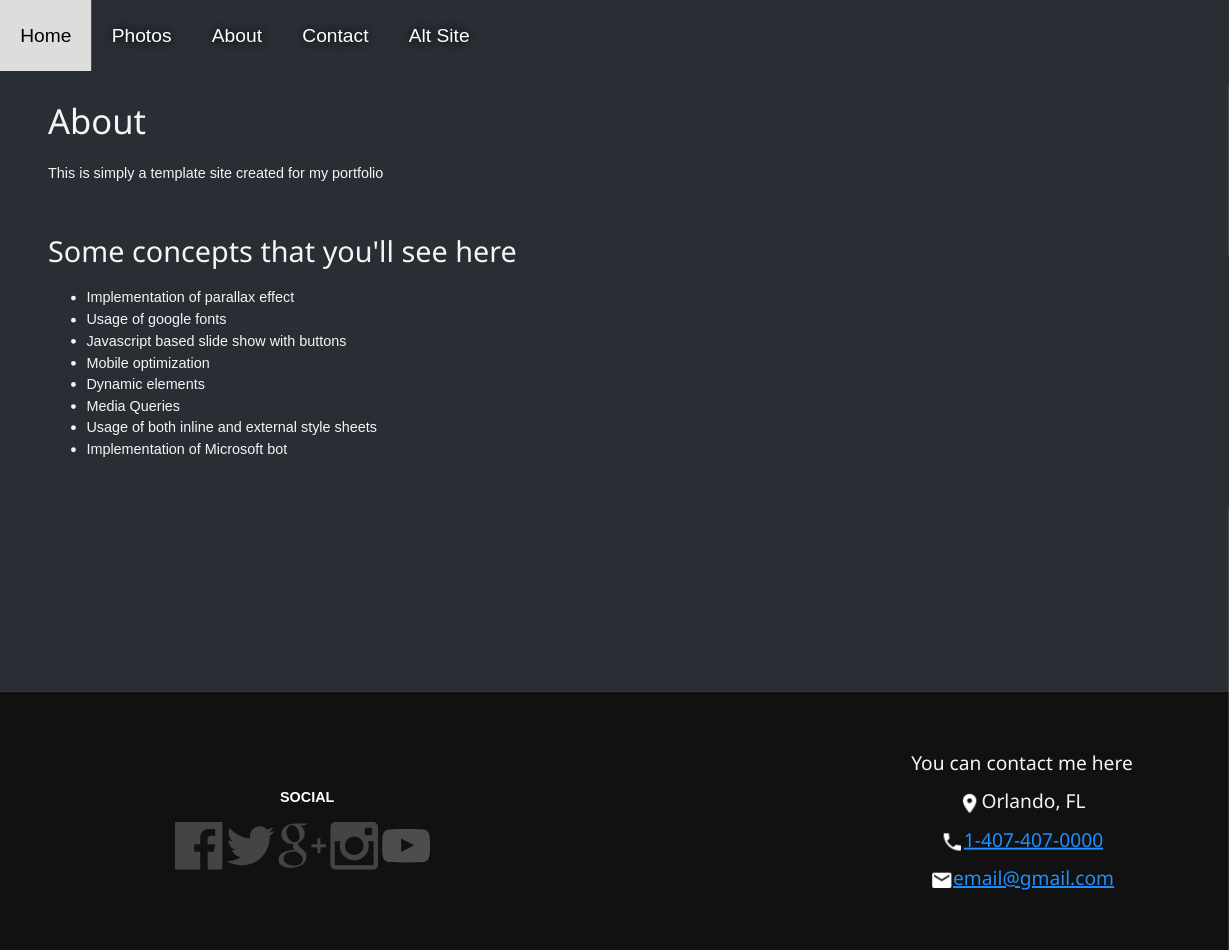
Repository: Jasondhillon/jasondhillon.github.io
Page: about/index.html
These files come from the project's save history. The page is drawn as it stood at one moment and after the next save; the edit follows.
The browser window is 1280 px wide. The pictures show the whole page, at 96% of full size.

Above is the page before, as saved 2020-04-07 21:26:49.

### about/index.html
<!DOCTYPE html>
<html>
<head>
  <title>Welcome</title>
  <meta name="viewport" content="width=device-width, initial-scale=1">
  <META NAME="robots" CONTENT="noindex,nofollow">
  <link rel="stylesheet" href="https://www.w3schools.com/w3css/4/w3.css">
  <link href="https://fonts.googleapis.com/css?family=Lato" rel="stylesheet">
  <link rel="stylesheet" href="../css/stylesheet.css">
</head>

<body>
<!-- NavBar -->
    <nav class="topnav" style="background-color: #282E34" id="myTopnav">
        <a href="../index.html">Home</a>
        <a href="../photos/index.html">Photos</a>
        <a href="../about/index.html">About</a>
        <a href="../contact/index.html">Contact</a>
        <a href="../alt/index.html">Alt Site</a>
        <a href="javascript:void(0);" style="font-size:15px;" class="icon" onclick="myFunction();">&#9776;</a>
    </nav>
    <script>
            function myFunction() {
                var x = document.getElementById("myTopnav");
                var y = document.getElementById("About_header");
                if (x.className === "topnav") {
                x.className += " responsive";
                y.style.top = "400px";
                } else {
                x.className = "topnav";
                y.style.top = "100px";
                }
            }
        </script>


<!-- Content -->
  <div style="height:100%; width:100%; background-color:#282E34;">
      <div style="height:90px; width:100%; background-color:#282E34;"></div>
    <div style="padding-left:50px;">
      <h1 id="About_header">About</h1>
    </div>
    <div style="padding-left:50px;">
      <p>This is simply a template site created for my portfolio</p>
      <br>
      <h2>Some concepts that you'll see here</h2>
      <ul>
        <li>Implementation of parallax effect</li>
        <li>Usage of google fonts</li>
        <li>Javascript based slide show with buttons</li>
        <li>Mobile optimization</li>
        <li>Dynamic elements</li>
        <li>Media Queries</li>
        <li>Usage of both inline and external style sheets</li>
        <li>Implementation of Microsoft bot</li>
      </ul>
    </div>
  </div>
<!-- Footer -->
  <footer class="footer">
    <table class="footer" cellspacing="0" cellpadding="0">

      <tr>
        <td>
          <p class="footer">SOCIAL</p>
          <ul class="footer">
            <li class="footer"><a  class="footer" href="https://www.facebook.com/"> <img src="../img/facebook.svg" alt="" width="50px" height="50px"></li>
            <li class="footer"><a  class="footer" href="https://twitter.com/"> <img src="../img/twitter.svg" alt="" width="50px" height="50px"></li>
            <li class="footer"><a class="footer" href="https://plus.google.com/+"> <img src="../img/googleplus.svg" alt="" width="50px" height="50px"></li>
            <li class="footer"><a class="footer" href="https://www.instagram.com//"> <img src="../img/instagram.svg" alt="" width="50px" height="50px"></li>
            <li class="footer"><a class="footer" href="https://www.youtube.com/"> <img src="../img/youtube.svg" alt="" width="50px" height="50px"></li>
          </ul>
        </td>

        <!--Desktop-->
        <td id="desktop">
            <h4>You can contact me here</h4>
            <h4><img id="icon" src="../img/location2.png">Orlando, FL</h4>
            <h4><img id="icon" src="../img/phone2.png"><a style="color:dodgerblue" href="tel:">1-407-407-0000</h4></a></li>
            <h4><img id="icon" src="../img/mail2.png"><a style="color:dodgerblue" href="mailto:">email@gmail.com</a></h4>
        </td>
      </tr>

      <!--Mobile-->
      <tr>
        <td id="mobile">
          <ul style="margin: 0 auto; width: 100%; padding: 20px;">
            <li class="footer" style="width:100%"><h4>You can contact me here</h4></li>
            <li class="footer" style="width:100%"><h4><img id="icon" src="../img/location2.png">Orlando, FL</h4></li>
            <li class="footer" style="width:100%"><h4><img id="icon" src="../img/phone2.png"><a style="color:dodgerblue" href="tel:">1-407-407-0000</h4></a></li>
            <li class="footer" style="width:100%"><h4><img id="icon" src="../img/mail2.png"><a style="color:dodgerblue" href="mailto:">email@gmail.com</a></h4></li>
          </ul>
        </td>
      </tr>
    </table>

  </footer>
</body>
</html>

### css/stylesheet.css
html, body{width:100%; height: 100%; font-family: 'Ubuntu', sans-serif; color: whitesmoke;}
a{text-decoration: underline;}
.mySlides {display:block; position: absolute;}
.w3-left, .w3-right, .w3-badge {cursor:pointer}
.w3-badge {height:13px; width:13px; padding:0}

/*Parallax*/
    .parallax{
        height:110%;
        background-attachment: fixed;
        background-position: center;
        background-repeat: no-repeat;
        background-size: cover;
        z-index: -5;
    }

 /*Moon Text*/
    #moontext {
        position: absolute;
        top:200px;
        text-transform:uppercase;
        background-color:#282E34;
        width:100%;
        letter-spacing: 5px;
        padding: 20px;
    }

    #quote{
        text-align: center;
        width:40%; white-space:pre-line;
        margin: 0 auto;
        font-size: 20px;
        color: #777
    }

/*Navbar*/
    .topnav {
        position: absolute;
        overflow: hidden;
        }

        .topnav a {
        float: left;
        display: block;
        color: white;
        text-align: center;
        padding: 22px 21px;
        text-decoration: none;
        text-shadow: 0px 0px 10px black;
        font-size: 20px;
        }


        .topnav a:hover {
        background-color: #ddd;
        color: black;
        text-shadow: none;
        }

        .topnav .icon {
        display: none;
        color: white;
        }

        #welcome{
            text-align: center;
            position: absolute;
            left:0;
            width:100%;
            top:40%;
        }

	#welcometext{
	    opacity: 1;
	    position: absolute;
	    left: 0;
	    right: 0;
	    text-transform: uppercase;
	    background-color: #282E34;
	    width: 250px;
	    text-align: center;
	    font-size: 20px;
	    letter-spacing: 10px;
	    padding: 20px;
	    margin: 0 auto;
	}

/*Footer*/
    footer{
        width:100%;
        background-color: #111;
        text-align: center;
        padding-bottom: 50px;
    }

    p.footer{
        padding-top: 50px;
        color: white;
        font-weight: bold;
    }

    ul.footer{
        display: inline;
        list-style: none;
        padding-right: 50px;
    }
    a.footer{
        text-decoration: none;
    }
    #mobile{
        display: none;
    }
    li.footer{
	    display: inline-block;
    }
    #desktop{
        padding-right: 100px;
        padding-top:50px;
        float: right;
    }
    table.footer{
        width: 100%; table-layout: fixed
    }

/*SkypeBot iframe*/
iframe{
    background-color: #111 !important;
    width: inherit !important;
    height: 2em;
    margin: 0 !important;
}

/*Mobile Media Query*/
    @media screen and (max-width:770px){
    html{overflow-x: hidden}
    /*Change Parallax to use smaller images*/
    .parallax{background-attachment: scroll;}
    #parallax1{background-image: url(../img/mosaic_small.jpg) !important;}
    #parallax2{background-image: url(../img/moon4_small2.jpg) !important; }
    #parallax3{background-image: url(../img/blur_small.jpg) !important;}

    /*Change Navbar to become hamburger menu*/
    .topnav a:not(:last-child) {
        display: none;
    }

    .topnav{
        min-height:100px;
        position: relative;
    }
    .topnav a.icon {
        position: absolute;
        right: 0;
        display: block;

    }
    .topnav.responsive {
        position: relative;
    }
    .topnav.responsive .icon {
        position: absolute;
        right: 0;
        top: 0;
    }
    .topnav.responsive a {
        float: none;
        display: block;
        text-align: left;
    }

    /*Change the slide show to fit the screen*/
    .mySlides{
        margin-left:-150px;
    }

    /*Change footer to mobile friendly variant*/
    .footer{
        padding: 0;
    }
    ul.footer{
        padding-right:0px;
    }

    td.footer{
        padding-right:0;
    }

    #desktop{
        display:none;
    }
    #mobile{
        display:block;
    }

    table{
        width:100%;
    }

    /*Positioning fixes for mobile*/
    #moontext{
        font-size: 12px;
        top:30px;
    }

    #quote{
        width:100% !important;
    }
}
@media screen and(max-width: 1090px){
    #quote{
        width:100% !important;
    }
}

After the next save:
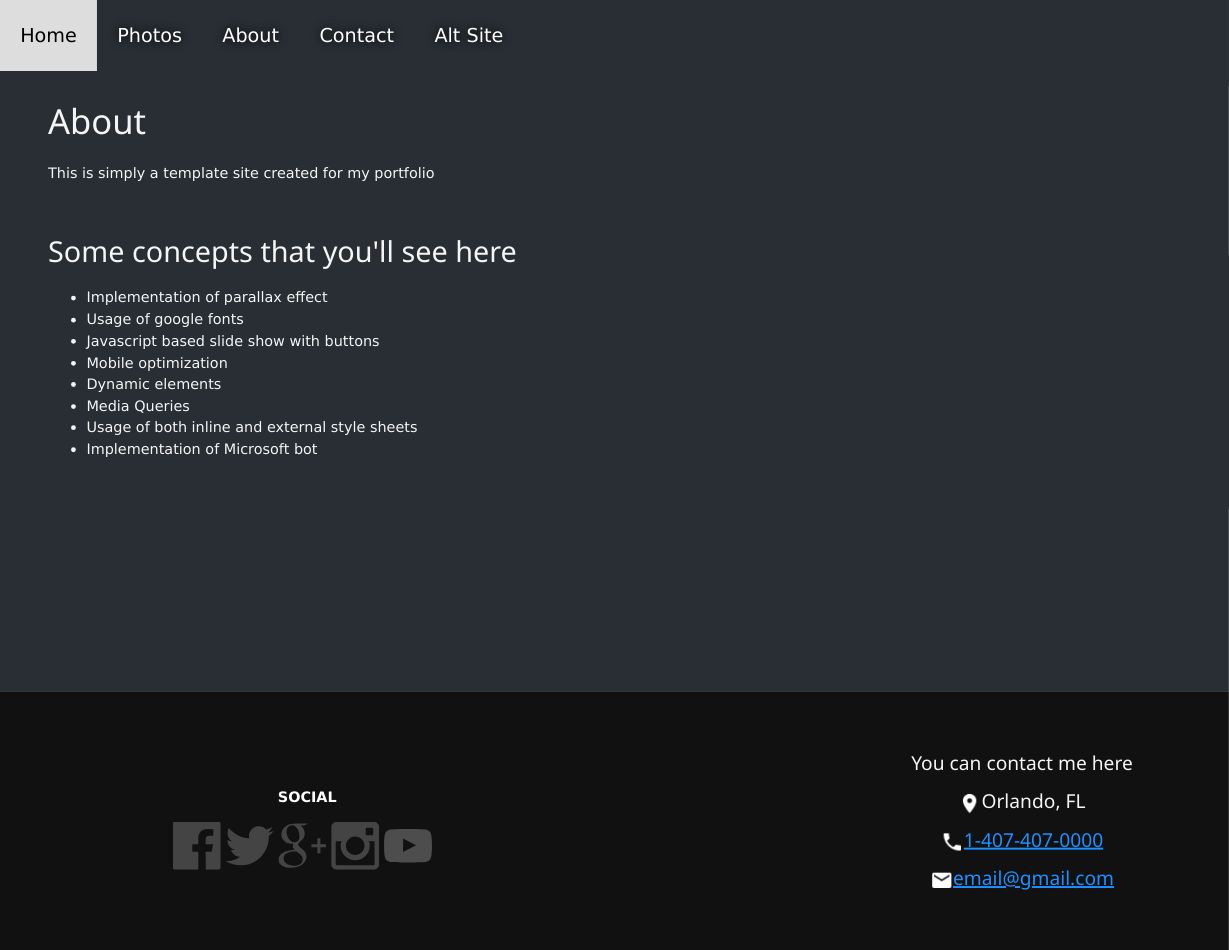
Saved 68 s later.
--- a/about/index.html
+++ b/about/index.html
@@ -7,6 +7,114 @@
   <link rel="stylesheet" href="https://www.w3schools.com/w3css/4/w3.css">
   <link href="https://fonts.googleapis.com/css?family=Lato" rel="stylesheet">
   <link rel="stylesheet" href="../css/stylesheet.css">
+
+  <style>
+    /*Above the fold*/
+      html, body{width:100%; height: 100%; font-family: 'Ubuntu', sans-serif; color: whitesmoke;}
+
+      .parallax{
+      height:110%;
+      background-attachment: fixed;
+      background-position: center;
+      background-repeat: no-repeat;
+      background-size: cover;
+      z-index: -5;
+      }
+
+      .topnav {
+      position: absolute;
+      overflow: hidden;
+      }
+
+      .topnav a {
+      float: left;
+      display: block;
+      color: white;
+      text-align: center;
+      padding: 22px 21px;
+      text-decoration: none;
+      text-shadow: 0px 0px 10px black;
+      font-size: 20px;
+      }
+
+
+      .topnav a:hover {
+      background-color: #ddd;
+      color: black;
+      text-shadow: none;
+      }
+
+      .topnav .icon {
+      display: none;
+      color: white;
+      }
+
+      #welcome{
+      text-align: center;
+      position: absolute;
+      left:0;
+      width:100%;
+      top:40%;
+    }
+
+    /*Mobile Media Query*/
+      @media screen and (max-width:770px){
+        html{overflow-x: hidden}
+        /*Change Parallax to use smaller images*/
+        .parallax{background-attachment: scroll;}
+        #parallax1{background-image: url(../img/mosaic_small.jpg) !important;}
+        #parallax2{background-image: url(../img/moon4_small2.jpg) !important; }
+        #parallax3{background-image: url(../img/blur_small.jpg) !important;}
+
+        /*Change Navbar to become hamburger menu*/
+        .topnav a:not(:last-child) {
+            display: none;
+        }
+
+        .topnav{
+            min-height:100px;
+            position: relative;
+        }
+        .topnav a.icon {
+            position: absolute;
+            right: 0;
+            display: block;
+
+        }
+        .topnav.responsive {
+            position: relative;
+        }
+        .topnav.responsive .icon {
+            position: absolute;
+            right: 0;
+            top: 0;
+        }
+        .topnav.responsive a {
+            float: none;
+            display: block;
+            text-align: left;
+        }
+      }
+  </style>
+  <!-- Async Script -->
+    <noscript id="deferred-styles">
+      <link rel="stylesheet" type="text/css" href="../css/stylesheet.css"/>
+      <link rel="stylesheet" href="https://www.w3schools.com/w3css/4/w3.css">
+      <link rel="stylesheet" href="https://fonts.googleapis.com/css?family=Lato">
+    </noscript>
+    <script>
+      var loadDeferredStyles = function() {
+        var addStylesNode = document.getElementById("deferred-styles");
+        var replacement = document.createElement("div");
+        replacement.innerHTML = addStylesNode.textContent;
+        document.body.appendChild(replacement)
+        addStylesNode.parentElement.removeChild(addStylesNode);
+      };
+      var raf = requestAnimationFrame || mozRequestAnimationFrame ||
+          webkitRequestAnimationFrame || msRequestAnimationFrame;
+      if (raf) raf(function() { window.setTimeout(loadDeferredStyles, 0); });
+      else window.addEventListener('load', loadDeferredStyles);
+    </script>
 </head>
 
 <body>
